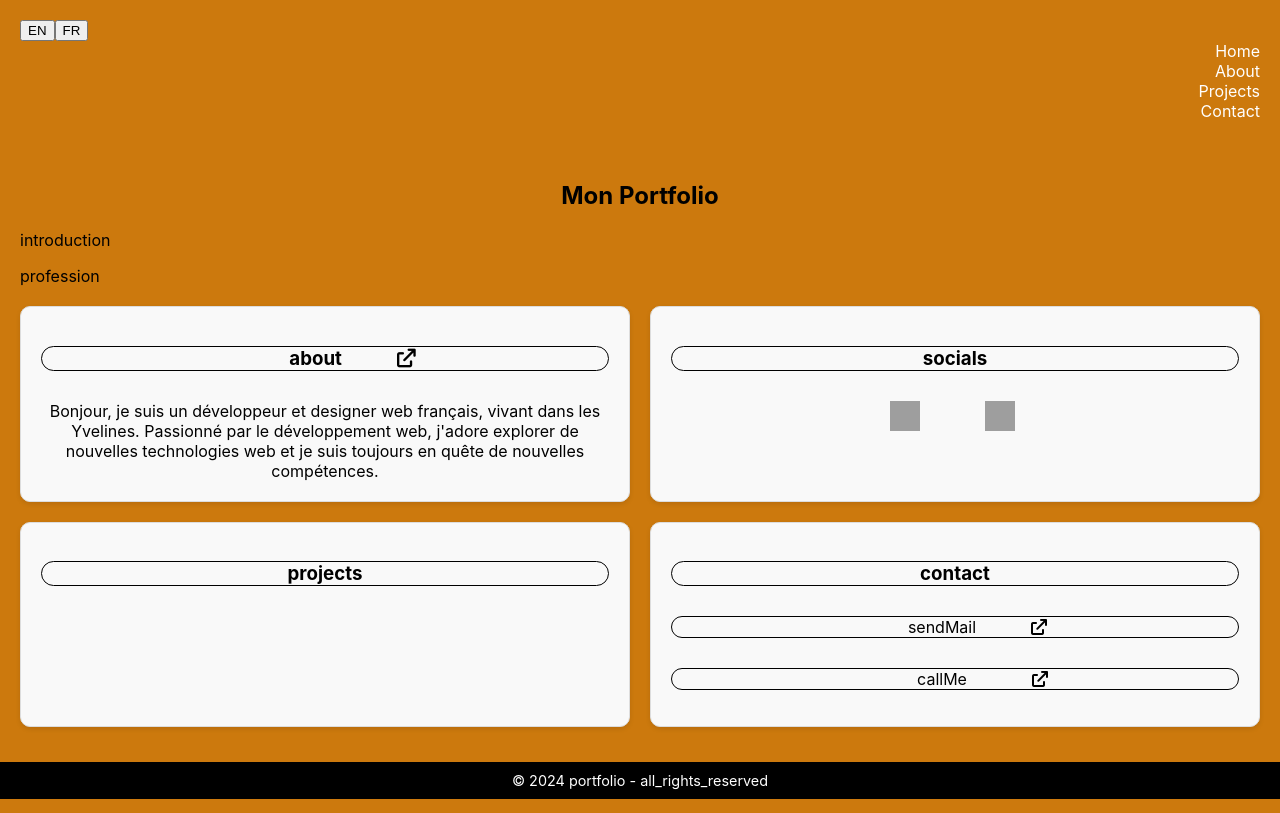
Repository: Christian121966/mon-portfolio
Page: /
An editor plug-in stored every save of this project. The page is shown before and after the next save, followed by the edit.
The browser window is 1280 px wide. The pictures show the whole page.
Pictures or frames that could not be fetched are drawn as grey boxes. The project was rebuilt for these pictures with package versions that can differ from the ones it lists, and the page was loaded fresh each time. Also part of the build but not shown: src/pages/AboutPage/AboutPage.scss, src/pages/AboutPage/AboutPage.js, src/pages/ProjectsPage/ProjectsPage.js, src/pages/ContactPage/ContactPage.js. Imported but missing from the stored project, and not drawn on this page: src/i18next.

Above is the page before, as saved 2024-07-24 14:34:58.

### src/index.js
import React from 'react';
import ReactDOM from 'react-dom/client';
import '../src/index.css';
import App from './App';
import '../src/i18next';
import reportWebVitals from './reportWebVitals';

const root = ReactDOM.createRoot(document.getElementById('root'));
root.render(
  <React.StrictMode>
    <App />
  </React.StrictMode>
);

// If you want to start measuring performance in your app, pass a function
// to log results (for example: reportWebVitals(console.log))
// or send to an analytics endpoint. Learn more: https://bit.ly/CRA-vitals
reportWebVitals();

### src/App.js
import React from 'react';
import { BrowserRouter as Router, Route, Routes } from 'react-router-dom';
import HomePage from '../src/pages/HomePage/HomePage';
import AboutPage from '../src/pages/AboutPage/AboutPage';
import ProjectsPage from '../src/pages/ProjectsPage/ProjectsPage';
import ContactPage from './pages/ContactPage/ContactPage';
import Header from '../src/components/Header/Header';
import Footer from '../src/components/Footer/Footer';

function App() {
  return (
    <Router>
      <Header />
      <Routes>
      <Route path="/" element={<HomePage />} />
        <Route path="/about" element={<AboutPage />} />
        <Route path="/projects" element={<ProjectsPage />} />
        <Route path="/contact" element={<ContactPage />} />
      </Routes>
      <Footer />
    </Router>
  );
}

export default App;

### src/pages/HomePage/HomePage.js
// src/pages/HomePage.js
import React, { useState, useEffect } from 'react';
import { useTranslation } from 'react-i18next';
import './HomePage.scss';

const HomePage = () => {
  const [phoneNumberVisible, setPhoneNumberVisible] = useState(false);
  const { t } = useTranslation();

  useEffect(() => {
    if (phoneNumberVisible) {
      const timer = setTimeout(() => {
        setPhoneNumberVisible(false);
      }, 20000);

      return () => clearTimeout(timer);
    }
  }, [phoneNumberVisible]);

  const showPhoneNumber = (event) => {
    event.preventDefault();
    setPhoneNumberVisible(true);
  };

  return (
    <div className="homepage">
      <h2>{t('Mon Portfolio')}</h2>
      <span>{t('introduction')}</span>
      <p>{t('profession')}</p>
      <div className="homepage__cards">
        <div className="card">
          <h3>
            {t('about')}
            <a href="/about" className="propos__link">
              <i className="fa-solid fa-arrow-up-right-from-square"></i>
            </a>
          </h3>
          <span className='propos'>
            Bonjour, je suis un développeur et designer web français, vivant dans les Yvelines. Passionné par le développement web, j'adore explorer de nouvelles technologies web et je suis toujours en quête de nouvelles compétences.
          </span>
        </div>
        <div className="card">
          <h3>{t('socials')}</h3>
          <a href="https://github.com/votre-profil" target="_blank" rel="noopener noreferrer">
            <img className='github' width="30" height="30" src="https://img.icons8.com/ios-glyphs/30/github.png" alt="github"/>
          </a>
          <a href="https://www.linkedin.com/in/votre-profil" target="_blank" rel="noopener noreferrer">
            <img className='linkedin' width="30" height="30" src="https://img.icons8.com/ios-glyphs/30/linkedin.png" alt="linkedin"/>
          </a>
        </div>
        <div className="card">
          <h3>{t('projects')}</h3>
        </div>
        <div className="card">
          <h3>{t('contact')}</h3>
          <p className='mail'>
            {t('sendMail')}
            <a href="mailto:boissychristian@gmail.com" className="contact__link">
              <i className="fa-solid fa-arrow-up-right-from-square"></i>
            </a>
          </p>
          <p className='phone'>
            {t('callMe')}
            <button className="contact_phone__link" onClick={showPhoneNumber}>
              <i className="fa-solid fa-arrow-up-right-from-square"></i>
            </button>
          </p>
          {phoneNumberVisible && (
            <p id="phone">
              0669311966
            </p>
          )}
        </div>
      </div>
    </div>
  );
};

export default HomePage;

### src/components/Header/Header.js
// src/components/Header/Header.js
import React from 'react';
import { useTranslation } from 'react-i18next';
import '../Header/Header.scss';

function Header() {
  const { i18n } = useTranslation();

  const changeLanguage = (lng) => {
    if (i18n && typeof i18n.changeLanguage === 'function') {
      i18n.changeLanguage(lng);
    } else {
      console.error('i18n.changeLanguage is not a function');
    }
  };


  return (
    <header className="header">
      <div className="header__language-buttons">
        <button onClick={() => changeLanguage('en')}>EN</button>
        <button onClick={() => changeLanguage('fr')}>FR</button>
      </div>
      <nav className="header__nav">
        <a href="/" className="header__link">Home</a>
        <a href="/about" className="header__link">About</a>
        <a href="/projects" className="header__link">Projects</a>
        <a href="/contact" className="header__link">Contact</a>
      </nav>
    </header>
  );
}

export default Header;

### src/components/Footer/Footer.js
// src/components/Footer/Footer.js
import React from 'react';
import { useTranslation } from 'react-i18next';
import '../../components/Footer/Footer.scss';

function Footer() {
  const { t } = useTranslation();

  return (
    <footer>
      <p className="footer__text">© 2024 {t('portfolio')} - {t('all_rights_reserved')}</p>
    </footer>
  );
}

export default Footer;

### src/pages/HomePage/HomePage.scss
@import '../../styles/abstracts/variables';
@import '../../styles/abstracts/mixins';

// src/pages/HomePage.scss

.homepage {
    padding: 20px;

    h2 {
      text-align: center;
    }

    .homepage__cards {
      display: grid;
      grid-template-columns: 1fr 1fr;
      gap: 20px;
      margin-top: 20px;

      @media (max-width: 768px) {
        grid-template-columns: 1fr;
      }

      .card {
        background-color: #f9f9f9;
        border: 1px solid #ddd;
        border-radius: 10px;
        padding: 20px;
        box-shadow: 0 2px 5px rgba(0, 0, 0, 0.1);
        text-align: center;

        h3 {
          margin-bottom: 30px;
          border: 1px solid #000;
          border-radius: 35px;

          a.propos__link {
            text-decoration: none;
            color: #000;
          }

          .fa-solid.fa-arrow-up-right-from-square {
            position: relative;
            left: 55px;
            cursor: pointer;
        }

        .propos {
            font-size: 0.9rem;
            text-align: justify;
            display: flex;
          }
      }
        .github {
            position: relative;
            left: -35px;
            cursor: pointer;
        }

        .linkedin {
            position: relative;
            left: 30px;
            cursor: pointer;
        }

        .mail {
            border: 1px solid #000;
            border-radius: 35px;
            margin-bottom: 30px;

            .contact__link {
                position: relative;
                left: 45px;
                color: #000;
                cursor: pointer;
            }
        }

        .phone {
            border: 1px solid #000;
            border-radius: 35px;

            .contact_phone__link {
                position: relative;
                left: 55px;
                color: #000;
                cursor: pointer;
            }
        }

        .contact__link, .contact_phone__link {
            margin-left: 10px;
            color: inherit;
            text-decoration: none;
        }

        .contact_phone__link {
            background: none;
            border: none;
            color: inherit;
            font: inherit;
            cursor: pointer;
            display: inline;
            padding: 0;
        }

    }
  }
}

### src/components/Header/Header.scss
// src/styles/components/_header.scss
@import '../../styles/abstracts/variables';
@import '../../styles/abstracts/mixins';

.header {
  //background-color: $primary-color;
  padding: 20px;

  &__nav {
    display: flex;
    flex-direction: column;
    justify-content: end;
    align-items: end;
  }

  &__link {
    color: white;
    text-decoration: none;

    &:hover {
      text-decoration: underline;
    }
  }

  /* src/components/Header/Header.scss */

.header__language-buttons {
  display: flex;
  align-items: center;
}

.control__lang {
  display: flex;
  align-items: center;
  background-color: #007bff;
  color: #ffffff;
  border: none;
  border-radius: 5px;
  padding: 8px 16px;
  cursor: pointer;
  position: relative;
  font-size: 16px;
  outline: none;
}

.control__lang_side {
  margin: 0 8px;
}

.control__lang_switch {
  position: absolute;
  top: 50%;
  left: 50%;
  transform: translate(-50%, -50%);
  background-color: #ffffff;
  border-radius: 50%;
  width: 24px;
  height: 24px;
  transition: transform 0.3s ease;
}

.control__lang[aria-checked="true"] .control__lang_switch {
  transform: translate(calc(-50% + 100%), -50%);
}

.control__lang_switch span {
  display: block;
  width: 100%;
  height: 100%;
}

}

### src/components/Footer/Footer.scss
@import '../../styles/abstracts/variables';
@import '../../styles/abstracts/mixins';

p.footer__text {
    color: white;
    text-align: center;
    padding: 10px;
    background-color: $primary-color;
    @include flex-center;
    font-size: 0.9rem;
}

### src/styles/abstracts/_variables.scss
// src/styles/abstracts/_variables.scss

// Couleurs
$primary-color: #000;
$secondary-color: #2ecc71;
$tertiary-color: #3498db;;
$font-color: #333;
$background-color: #f5f5f5;

// Fonts
$font-stack: 'Helvetica, sans-serif';

// Autres variables
$border-radius: 5px;

### src/styles/abstracts/_mixins.scss
// src/styles/abstracts/_mixins.scss

@mixin flex-center {
    display: flex;
    justify-content: center;
    align-items: center;
  }

  @mixin responsive-font-size($size) {
    font-size: $size;

    @media (max-width: 600px) {
      font-size: $size * 0.8;
    }
  }

Loaded but not shown: public/index.html (common file); src/index.css (common file); src/reportWebVitals.js (common file)

After the next save:
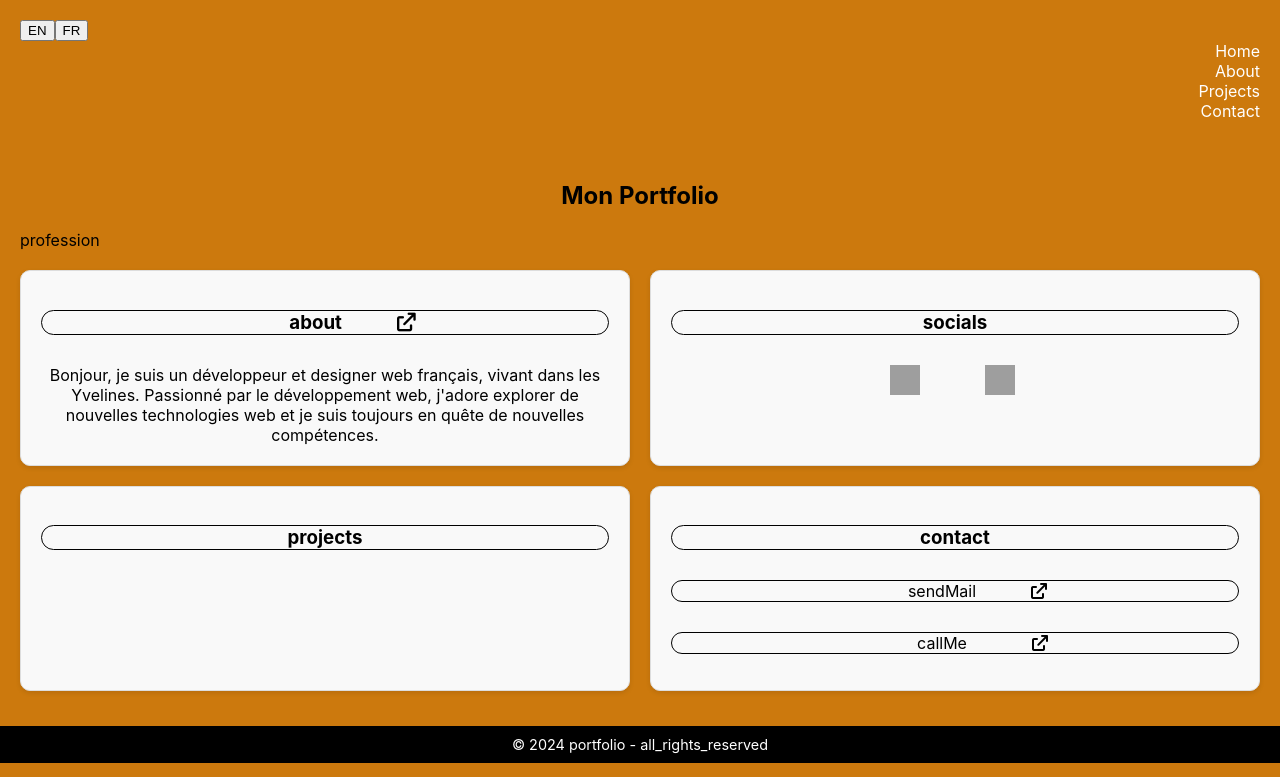
Saved 13 s later.
--- a/src/pages/HomePage/HomePage.js
+++ b/src/pages/HomePage/HomePage.js
@@ -25,7 +25,7 @@
   return (
     <div className="homepage">
       <h2>{t('Mon Portfolio')}</h2>
-      <span>{t('introduction')}</span>
+      <span>{t('')}</span>
       <p>{t('profession')}</p>
       <div className="homepage__cards">
         <div className="card">

After the 2 saves that followed:
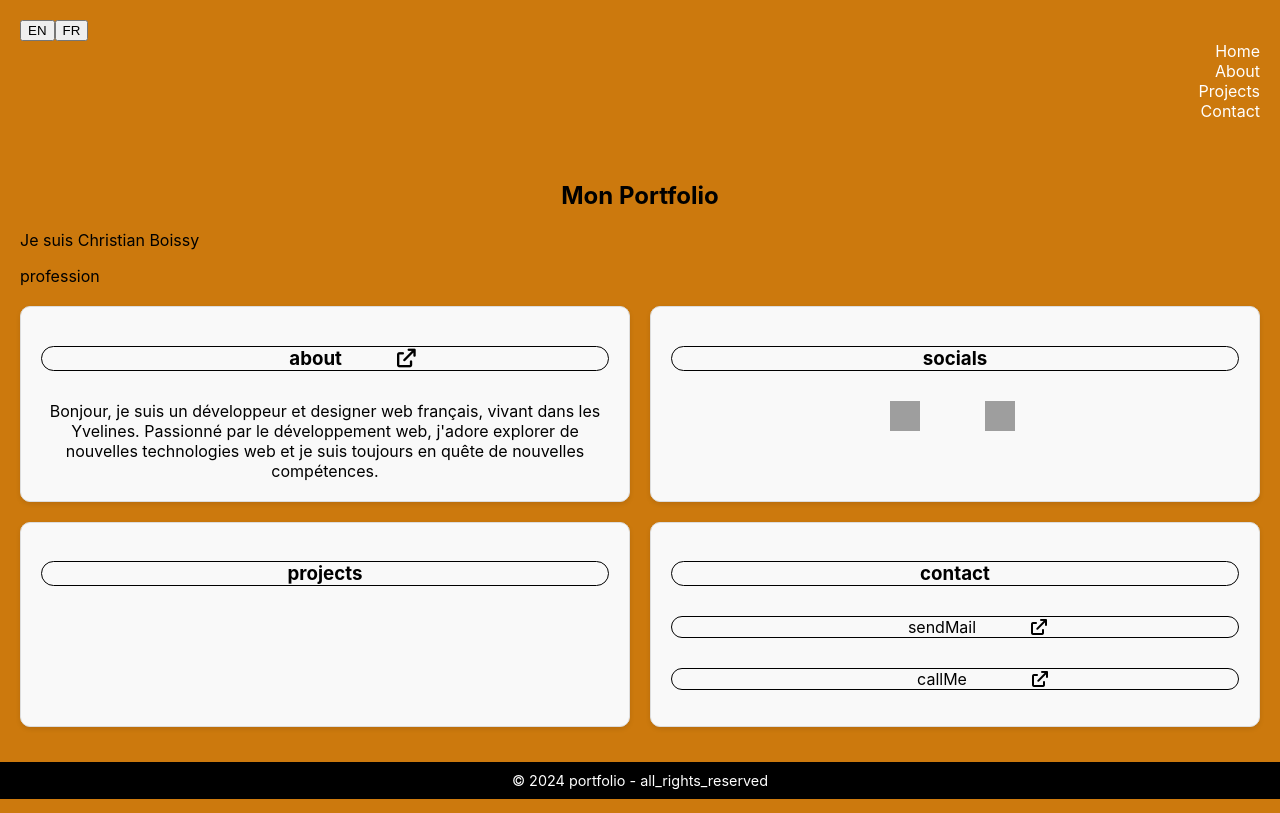
The 2 saves are shown as one change because they came seconds apart.
The last was saved 8 s later.
--- a/src/pages/HomePage/HomePage.js
+++ b/src/pages/HomePage/HomePage.js
@@ -25,7 +25,7 @@
   return (
     <div className="homepage">
       <h2>{t('Mon Portfolio')}</h2>
-      <span>{t('')}</span>
+      <span>{t('Je suis Christian Boissy')}</span>
       <p>{t('profession')}</p>
       <div className="homepage__cards">
         <div className="card">
